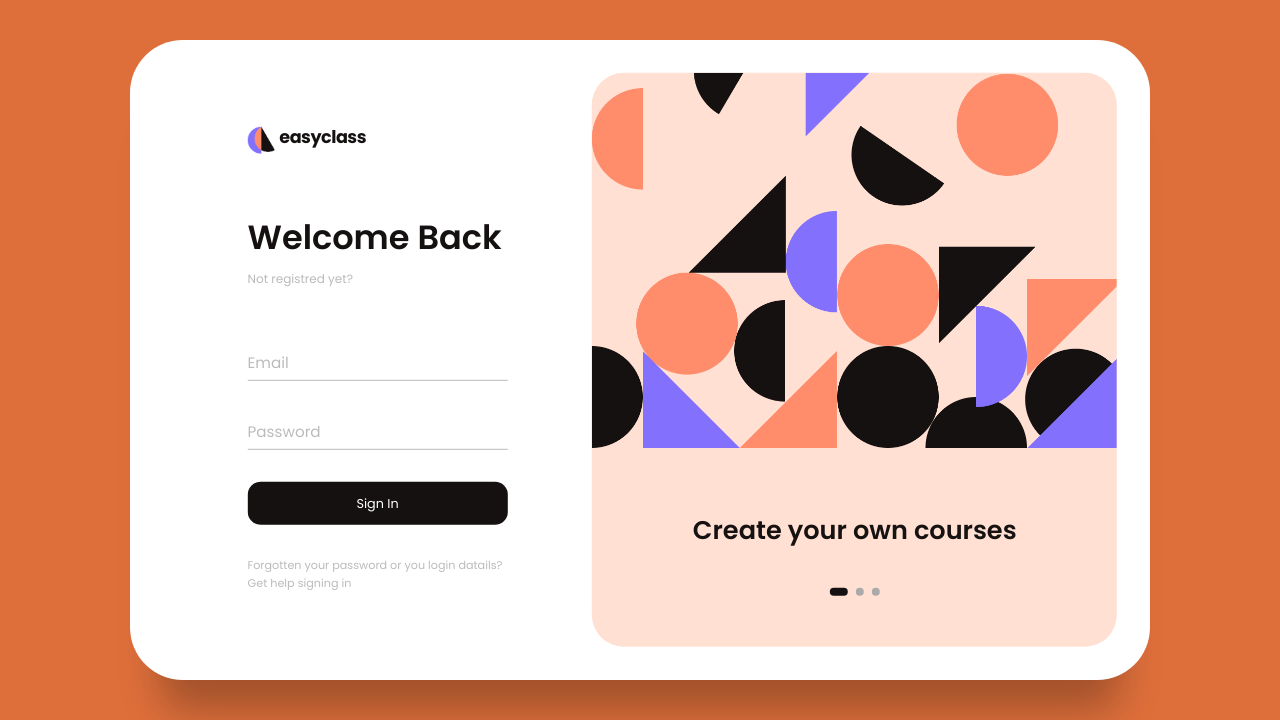
Repository: subashsigdel/TeamEverest
Page: backend/Mypark/customer/templates/customer/login.html
An editor plug-in stored every save of this project. The page is shown before and after the next save, followed by the edit.
The browser window is 1280 px wide. The pictures show the whole page.
The template is drawn by Django 4.2. The application's start-up code is not run. Other server files are loaded and not shown. The template is opened directly, without the code that normally fills it, so the values that code supplies are empty.

Above is the page before, as saved 2023-09-16 03:37:04.

### backend/Mypark/customer/templates/customer/login.html
{% load static %}
<!DOCTYPE html>

<html lang="en">

<head>
  <meta charset="UTF-8">
  <meta name="viewport" content="width=device-width, initial-scale=1.0">
  <title>Login Form | OpenPark</title>
  <link rel="stylesheet" href="{%  static 'customer/css/login.css' %}" />
  <link rel="stylesheet" href="{%  static 'customer/css/styles.css' %}" />


</head>

<body>
  <main>
    <div class="box">
      <div class="inner-box">
        <div class="forms-wrap">
          <form action="{% url 'login' %}" autocomplete="off" class="sign-in-form" method="POST">
            {% csrf_token %}
            <div class="logo">
              <img src="{%  static 'customer/img/logo.png' %}" alt="easyclass" />
              <h4>easyclass</h4>
            </div>

            <div class="heading">
              <h2>Welcome Back</h2>
              <h6>Not registred yet?</h6>
              <!-- <a href="{% url 'register' %}">Sign up</a> -->
            </div>

            <div class="actual-form">
              <div class="input-wrap">
                <input type="text" minlength="4" name="username" class="input-field" autocomplete="off" required />
                <label>Email</label>
              </div>

              <div class="input-wrap">
                <input type="password" minlength="4" class="input-field" autocomplete="off" name="password" required />
                <label>Password</label>




              </div>
              {% if message %}
              <div>{{ message }}</div>
              {% endif %}


              <input type="submit" value="Sign In" class="sign-btn" />

              <p class="text">
                Forgotten your password or you login datails?
                <a href="#">Get help</a> signing in
              </p>
            </div>
          </form>

        </div>

        <div class="carousel">
          <div class="images-wrapper">
            <img src="{%  static 'customer/img/image1.png' %}" class="image img-1 show" alt="" />
            <img src="{%  static 'customer/img/image2.png' %}" class="image img-2" alt="" />
            <img src="{%  static 'customer/img/image3.png' %}" class="image img-3" alt="" />
          </div>

          <div class="text-slider">
            <div class="text-wrap">
              <div class="text-group">
                <h2>Create your own courses</h2>
                <h2>Customize as you like</h2>
                <h2>Invite students to your class</h2>
              </div>
            </div>

            <div class="bullets">
              <span class="active" data-value="1"></span>
              <span data-value="2"></span>
              <span data-value="3"></span>
            </div>
          </div>
        </div>
      </div>
    </div>
  </main>

  <!-- Javascript file -->

  <script src="{%  static 'customer/js/login.js' %}"></script>
</body>

</html>

### backend/Mypark/static/customer/css/login.css
@import url("https://fonts.googleapis.com/css2?family=Poppins:wght@200;300;400;500;600;700;800&display=swap");

*,
*::before,
*::after {
  padding: 0;
  margin: 0;
  box-sizing: border-box;
}

body,
input {
  font-family: "Poppins", sans-serif;
}

main {
  width: 100%;
  min-height: 100vh;
  overflow: hidden;
  background-color: #de6f3b;
  padding: 2rem;
  display: flex;
  align-items: center;
  justify-content: center;
}

.box {
  position: relative;
  width: 100%;
  max-width: 1020px;
  height: 640px;
  background-color: #fff;
  border-radius: 3.3rem;
  box-shadow: 0 60px 40px -30px rgba(0, 0, 0, 0.27);
}

.inner-box {
  position: absolute;
  width: calc(100% - 4.1rem);
  height: calc(100% - 4.1rem);
  top: 50%;
  left: 50%;
  transform: translate(-50%, -50%);
}

.forms-wrap {
  position: absolute;
  height: 100%;
  width: 45%;
  top: 0;
  left: 0;
  display: grid;
  grid-template-columns: 1fr;
  grid-template-rows: 1fr;
  transition: 0.8s ease-in-out;
}

form {
  max-width: 260px;
  width: 100%;
  margin: 0 auto;
  height: 100%;
  display: flex;
  flex-direction: column;
  justify-content: space-evenly;
  grid-column: 1 / 2;
  grid-row: 1 / 2;
  transition: opacity 0.02s 0.4s;
}

form.sign-up-form {
  opacity: 0;
  pointer-events: none;
}

.logo {
  display: flex;
  align-items: center;
}

.logo img {
  width: 27px;
  margin-right: 0.3rem;
}

.logo h4 {
  font-size: 1.1rem;
  margin-top: -9px;
  letter-spacing: -0.5px;
  color: #151111;
}

.heading h2 {
  font-size: 2.1rem;
  font-weight: 600;
  color: #151111;
}

.heading h6 {
  color: #bababa;
  font-weight: 400;
  font-size: 0.75rem;
  display: inline;
}

.toggle {
  color: #151111;
  text-decoration: none;
  font-size: 0.75rem;
  font-weight: 500;
  transition: 0.3s;
}

.toggle:hover {
  color: #de6f3b;
}

.input-wrap {
  position: relative;
  height: 37px;
  margin-bottom: 2rem;
}

.input-field {
  position: absolute;
  width: 100%;
  height: 100%;
  background: none;
  border: none;
  outline: none;
  border-bottom: 1px solid #bbb;
  padding: 0;
  font-size: 0.95rem;
  color: #151111;
  transition: 0.4s;
}

label {
  position: absolute;
  left: 0;
  top: 50%;
  transform: translateY(-50%);
  font-size: 0.95rem;
  color: #bbb;
  pointer-events: none;
  transition: 0.4s;
}

.input-field.active {
  border-bottom-color: #151111;
}

.input-field.active + label {
  font-size: 0.75rem;
  top: -2px;
}

.sign-btn {
  display: inline-block;
  width: 100%;
  height: 43px;
  background-color: #151111;
  color: #fff;
  border: none;
  cursor: pointer;
  border-radius: 0.8rem;
  font-size: 0.8rem;
  margin-bottom: 2rem;
  transition: 0.3s;
}

.sign-btn:hover {
  background-color: #de6f3b;
}

.text {
  color: #bbb;
  font-size: 0.7rem;
}

.text a {
  color: #bbb;
  transition: 0.3s;
}

.text a:hover {
  color: #8371fd;
}

main.sign-up-mode form.sign-in-form {
  opacity: 0;
  pointer-events: none;
}

main.sign-up-mode form.sign-up-form {
  opacity: 1;
  pointer-events: all;
}

main.sign-up-mode .forms-wrap {
  left: 55%;
}

main.sign-up-mode .carousel {
  left: 0%;
}

.carousel {
  position: absolute;
  height: 100%;
  width: 55%;
  left: 45%;
  top: 0;
  background-color: #ffe0d2;
  border-radius: 2rem;
  display: grid;
  grid-template-rows: auto 1fr;
  padding-bottom: 2rem;
  overflow: hidden;
  transition: 0.8s ease-in-out;
}

.images-wrapper {
  display: grid;
  grid-template-columns: 1fr;
  grid-template-rows: 1fr;
}

.image {
  width: 100%;
  grid-column: 1/2;
  grid-row: 1/2;
  opacity: 0;
  transition: opacity 0.3s, transform 0.5s;
}

.img-1 {
  transform: translate(0, -50px);
}

.img-2 {
  transform: scale(0.4, 0.5);
}

.img-3 {
  transform: scale(0.3) rotate(-20deg);
}

.image.show {
  opacity: 1;
  transform: none;
}

.text-slider {
  display: flex;
  align-items: center;
  justify-content: center;
  flex-direction: column;
}

.text-wrap {
  max-height: 2.2rem;
  overflow: hidden;
  margin-bottom: 2.5rem;
}

.text-group {
  display: flex;
  flex-direction: column;
  text-align: center;
  transform: translateY(0);
  transition: 0.5s;
}

.text-group h2 {
  line-height: 2.2rem;
  font-weight: 600;
  font-size: 1.6rem;
}

.bullets {
  display: flex;
  align-items: center;
  justify-content: center;
}

.bullets span {
  display: block;
  width: 0.5rem;
  height: 0.5rem;
  background-color: #aaa;
  margin: 0 0.25rem;
  border-radius: 50%;
  cursor: pointer;
  transition: 0.3s;
}

.bullets span.active {
  width: 1.1rem;
  background-color: #151111;
  border-radius: 1rem;
}

@media (max-width: 850px) {
  .box {
    height: auto;
    max-width: 550px;
    overflow: hidden;
  }

  .inner-box {
    position: static;
    transform: none;
    width: revert;
    height: revert;
    padding: 2rem;
  }

  .forms-wrap {
    position: revert;
    width: 100%;
    height: auto;
  }

  form {
    max-width: revert;
    padding: 1.5rem 2.5rem 2rem;
    transition: transform 0.8s ease-in-out, opacity 0.45s linear;
  }

  .heading {
    margin: 2rem 0;
  }

  form.sign-up-form {
    transform: translateX(100%);
  }

  main.sign-up-mode form.sign-in-form {
    transform: translateX(-100%);
  }

  main.sign-up-mode form.sign-up-form {
    transform: translateX(0%);
  }

  .carousel {
    position: revert;
    height: auto;
    width: 100%;
    padding: 3rem 2rem;
    display: flex;
  }

  .images-wrapper {
    display: none;
  }

  .text-slider {
    width: 100%;
  }
}

@media (max-width: 530px) {
  main {
    padding: 1rem;
  }

  .box {
    border-radius: 2rem;
  }

  .inner-box {
    padding: 1rem;
  }

  .carousel {
    padding: 1.5rem 1rem;
    border-radius: 1.6rem;
  }

  .text-wrap {
    margin-bottom: 1rem;
  }

  .text-group h2 {
    font-size: 1.2rem;
  }

  form {
    padding: 1rem 2rem 1.5rem;
  }
}

### backend/Mypark/static/customer/css/styles.css
/*===== GOOGLE FONTS =====*/
@import url('https://fonts.googleapis.com/css2?family=Poppins:wght@400;600;700&display=swap');

/*===== VARIABLES CSS =====*/
:root {
  --header-height: 3rem;

  /*========== Colors ==========*/
  --first-color: #da5525;
  --first-color-alt: #c45521;
  --first-color-send: #de6f3b;
  --title-color: #161212;
  --text-color: #5B5757;
  --text-color-light: #8F8A8A;
  --body-color: #FEFBFB;
  --container-color: #FFF;

  /*========== Font and typography ==========*/
  --body-font: 'Poppins', sans-serif;
  --biggest-font-size: 2rem;
  --h2-font-size: 1.25rem;
  --h3-font-size: 1.125rem;
  --normal-font-size: .938rem;
  --small-font-size: .813rem;

  /*========== Font weight ==========*/
  --font-semi-bold: 600;
  --font-bold: 700;

  /*========== Margenes ==========*/
  --mb-1: .5rem;
  --mb-2: 1rem;
  --mb-3: 1.5rem;
  --mb-4: 2rem;
  --mb-5: 2.5rem;
  --mb-6: 3rem;
  /*========== z index ==========*/

  --z-tooltip: 10;
  --z-fixed: 100;
}

@media screen and (min-width: 968px){
  :root{
    --biggest-font-size: 3rem;
    --h2-font-size: 1.75rem;
    --h3-font-size: 1.25rem;
    --normal-font-size: 1rem;
    --small-font-size: .875rem;
  }
}

/*========== BASE ==========*/
*,::before,::after{
  box-sizing: border-box;
}



html{
  scroll-behavior: smooth;
}

/*========== Variables Dark theme ==========*/
body.dark-theme{
  --first-color-send: #161212;
  --title-color: #F3F1F1;
  --text-color: #D1C7C8;
  --body-color: #251D1E;
  --container-color: #302728;
}

/*========== Button Dark/Light ==========*/
.change-theme{
  position: absolute;
  right: 1.5rem;
  top: 2.2rem;
  display: flex;
  color: var(--title-color);
  font-size: 2rem;
  cursor: pointer;
}

body{
  margin: var(--header-height) 0 0 0;
  font-family: var(--body-font);
  font-size: var(--normal-font-size);
  background-color: var(--body-color);
  color: var(--text-color);
  line-height: 1.6;
}

h1,h2,h3,ul,p{
  margin: 0;
}

h1,h2,h3{
  font-weight: var(--font-semi-bold);
  color: var(--title-color);
}

ul{
  padding: 0;
  list-style: none;
}

a{
  text-decoration: none;
}

img{
  max-width: 100%;
  height: auto;
}

/*========== CLASS CSS ==========*/
.section{
  padding: 4rem 0 2rem;
}

.section-title, .section-title-center{
  font-size: var(--h2-font-size);
  color: var(--title-color);
  text-align: center;
  margin-bottom: var(--mb-3);
}

/*========== LAYOUT ==========*/
.l-main{
  overflow: hidden;
}

.bd-container{
  max-width: 968px;
  width: calc(100% - 3rem);
  margin-left: var(--mb-3);
  margin-right: var(--mb-3);
}

.bd-grid{
  display: grid;
  gap: 1.5rem;
}

.l-header{
  width: 100%;
  position: fixed;
  top: 0;
  left: 0;
  z-index: var(--z-fixed);
  background-color: var(--body-color);
}

/*========== NAV ==========*/
.nav{
  height: var(--header-height);
  display: flex;
  justify-content: space-between;
  align-items: center;
}

@media screen and (max-width: 768px){
  .nav__menu{
    position: fixed;
    top: -100%;
    left: 0;
    right: 0;
    width: 90%;
    margin: 0 auto;
    padding: 2.5rem 0 0;
    text-align: center;
    background-color: var(--body-color);
    transition: .4s;
    box-shadow: 0 0 4px rgba(0,0,0,.1);
    border-radius: 2rem;
    z-index: var(--z-fixed);
  }
}

.nav__item{
  margin-bottom: var(--mb-3);
}

.nav__link, .nav__logo, .nav__toggle{
  color: var(--title-color);
  font-weight: var(--font-semi-bold);
}

.nav__logo:hover{
  color: var(--first-color);
}

.nav__link{
  transition: .3s;
}

.nav__link:hover{
  color: var(--first-color);
}

.nav__toggle{
  font-size: 1.3rem;
  cursor: pointer;
}

/* Show menu */
.show-menu{
  top: calc(var(--header-height) + 1rem);
}

/* Active menu link */
.active-link{
  position: relative;
}

.active-link::before{
  content: '';
  position: absolute;
  bottom: -.75rem;
  left: 45%;
  width: 5px;
  height: 5px;
  background-color: var(--title-color);
  border-radius: 50%;
}

/* Change background header */
.scroll-header{
  box-shadow: 0 1px 4px rgba(0,0,0,.1);
}

/* Scroll top */
.scrolltop{
  position: fixed;
  right: 1rem;
  bottom: -20%;
  display: flex;
  justify-content: center;
  align-items: center;
  padding: .3rem;
  background: rgba(218,37,53,.5);
  border-radius: .4rem;
  z-index: var(--z-tooltip);
  transition: .4s;
  visibility: hidden;
}

.scrolltop:hover{
  background-color: var(--first-color);
}

.scrolltop__icon{
  font-size: 1.5rem;
  color: var(--body-color);
}

.show-scroll{
  visibility: visible;
  bottom: 1.5rem;
}

/*========== HOME ==========*/
.home__container{
  row-gap: .5rem;
}

.home__img{
  width: 280px;
  justify-self: center;
}

.home__title{
  font-size: var(--biggest-font-size);
  font-weight: var(--font-bold);
  margin-bottom: var(--mb-2);
}

.home__description{
  margin-bottom: var(--mb-3);
}

/*========== BUTTONS ==========*/
.button{
  display: inline-block;
  background-color: var(--first-color);
  color: #fff;
  padding: 1rem 1.5rem;
  border-radius: .5rem;
  font-weight: var(--font-semi-bold);
  transition: .3s;
}

.button:hover{
  background-color: var(--first-color-alt);
}

.button-link{
  background: none;
  padding: 0;
  color: var(--first-color);
}

.button-link:hover{
  background-color: transparent;
  color: var(--first-color-alt);
}

/*========== SHARE ==========*/
.share__data{
  text-align: center;
}

.share__description{
  margin-bottom: var(--mb-2);
}

.share__img{
  width: 280px;
  justify-self: center;
}

/*========== DECORATION ==========*/
.decoration__container{
  grid-template-columns: repeat(auto-fit, minmax(220px, 1fr));
}

.decoration__data{
  text-align: center;
  padding: 1rem 1rem 2rem;
  background-color: var(--container-color);
  box-shadow: 0 2px 6px rgba(65,11,16,.15);
  border-radius: 1rem;
}

.decoration__data:hover{
  box-shadow: 0 3px 12px rgba(65,11,16,.15);
}

.decoration__img{
  width: 180px;
}

.decoration__title{
  font-size: var(--h3-font-size);
  margin-bottom: var(--mb-1);
}

/*========== ACCESSORIES ==========*/
.accessory__container{
  grid-template-columns: repeat(2,1fr);
  padding-bottom: 2rem;
}

.accessory__content{
  position: relative;
  display: grid;
  padding: .25rem .75rem .75rem;
  background-color: var(--container-color);
  box-shadow: 0 2px 6px rgba(65,11,16,.15);
  border-radius: 1rem;
}

.accessory__content:hover{
  box-shadow: 0 3px 12px rgba(65,11,16,.15);
}

.accessory__img{
  width: 110px;
  justify-self: center;
  margin-bottom: .25rem;
}

.accessory__title, .accessory__category{
  text-align: center;
}

.accessory__title{
  font-size: var(--normal-font-size);
}

.accessory__category{
  font-size: var(--small-font-size);
  margin-bottom: var(--mb-1);
  color: var(--text-color-light);
}

.accessory__preci{
  font-weight: var(--font-semi-bold);
  color: var(--title-color);
}

.accessory__button{
  position: absolute;
  bottom: 0;
  right: 0;
  display: flex;
  font-size: 1.25rem;
  padding: .5rem .625rem;
  border-radius: 1rem 0 1rem 0;
}

/*========== SEND GIFT ==========*/
.send{
  background-color: var(--first-color-send);
}

.send__title, .send__description{
  color: #fff;
}

.send__description{
  text-align: center;
  margin-bottom: var(--mb-4);
}

.send__direction{
  display: flex;
  justify-content: space-between;
  background-color: #fff;
  padding: .5rem;
  border-radius: .5rem;
}

.send__input{
  width: 70%;
  outline: none;
  border: none;
  font-size: var(--normal-font-size);
  font-family: var(--body-font);
}

.send__input::placeholder{
  font-family: var(--body-font);
}

.send__img{
  width: 280px;
  justify-self: center;
}

/*========== FOOTER ==========*/
.footer__container{
  grid-template-columns: repeat(auto-fit, minmax(220px, 1fr));
}

.footer__logo{
  color: var(--title-color);
}

.footer__title{
  margin-bottom: var(--mb-2);
}

.footer__logo, .footer__title{
  font-size: var(--h3-font-size);
}

.footer__link{
  display: inline-block;
  margin-bottom: .75rem;
  color: var(--text-color);
}

.footer__link:hover{
  color: var(--first-color);
}

.footer__social{
  font-size: 1.5rem;
  color: var(--title-color);
  margin-right: var(--mb-3);
}

.footer__social:hover{
  color: var(--first-color);
}

.footer__copy{
  text-align: center;
  font-size: var(--small-font-size);
  color: var(--text-color-light);
  margin-top: 4rem;
}

/*========== MEDIA QUERIES ==========*/

/* For full-screen images on small screens */
@media screen and (max-width: 359px){
  .home__img,
  .share__img,
  .send__img{
    width: 100%;
  }
}

@media screen and (min-width: 576px){
  .home__container,
  .share__container,
  .send__container{
    grid-template-columns: repeat(2,1fr);
    align-items: center;
  }

  .home__container{
    padding: 5rem 0 0;
  }

  .home__img{
    order: 1;
  }

  .section-title-center,
  .share__data,
  .send__description{
    text-align: initial;
  }

  .home__img,
  .share__img,
  .send__img{
    width: 100%;
  }

  .share__img{
    order: -1;
  }
}

@media screen and (min-width: 768px){
  body{
    margin: 0;
  }

  .section{
    padding-top: 7rem;
  }

  .nav{
    height: calc(var(--header-height) + 1.5rem);
  }

  .nav__list{
    display: flex;
    align-items: center;
  }

  .nav__item{
    margin-left: var(--mb-5);
    margin-bottom: 0;
  }

  .nav__toggle{
    display: none;
  }

  .change-theme{
    position: initial;
    margin-left: var(--mb-4);
  }

  .home__container{
    padding: 7rem 2rem 0;
  }

  .share__container{
    padding: 0 2rem;
  }

  .accessory__container{
    grid-template-columns: repeat(3,224px);
    justify-content: center;
  }

  .accessory__content{
    padding: .5rem 1.5rem 1.5rem;
  }

  .accessory__img{
    width: 120px;
    margin-bottom: var(--mb-1);
  }

  .accessory__title, .accessory__category{
    text-align: initial;
  }

  .accessory__button{
    padding: .75rem;
  }

  .send{
    background: none;
  }

  .send__container{
    background-color: var(--first-color-send);
    padding: 2rem;
    border-radius: 1.5rem;
  }
}

@media screen and (min-width: 968px){
  .bd-container{
    margin-left: auto;
    margin-right: auto;
  }

  .home__img,
  .share__img,
  .send__img{
    width: 469px;
  }

  .home__container,
  .share__container,
  .send__container{
    column-gap: 5rem;
  }
}
.nav-button{
  display: inline-block;
  background-color: var(--first-color);
  color: #fff;
  padding: 0.5rem 1.5rem;
  border-radius: .5rem;
  font-weight: var(--font-semi-bold);
  transition: .3s;
}

.nav-button:hover{
  background-color: var(--first-color-alt);
}

.orange{
  color: var(--first-color);
}

.shadow{
  box-shadow: 0 0 4px rgba(0,0,0,.1);
  display: flex;
  flex-direction: row;
}

### backend/Mypark/static/customer/js/login.js
const inputs = document.querySelectorAll(".input-field");
const toggle_btn = document.querySelectorAll(".toggle");
const main = document.querySelector("main");
const bullets = document.querySelectorAll(".bullets span");
const images = document.querySelectorAll(".image");

inputs.forEach((inp) => {
  inp.addEventListener("focus", () => {
    inp.classList.add("active");
  });
  inp.addEventListener("blur", () => {
    if (inp.value != "") return;
    inp.classList.remove("active");
  });
});

toggle_btn.forEach((btn) => {
  btn.addEventListener("click", () => {
    main.classList.toggle("sign-up-mode");
  });
});

function moveSlider() {
  let index = this.dataset.value;

  let currentImage = document.querySelector(`.img-${index}`);
  images.forEach((img) => img.classList.remove("show"));
  currentImage.classList.add("show");

  const textSlider = document.querySelector(".text-group");
  textSlider.style.transform = `translateY(${-(index - 1) * 2.2}rem)`;

  bullets.forEach((bull) => bull.classList.remove("active"));
  this.classList.add("active");
}

bullets.forEach((bullet) => {
  bullet.addEventListener("click", moveSlider);
});

After the next save:
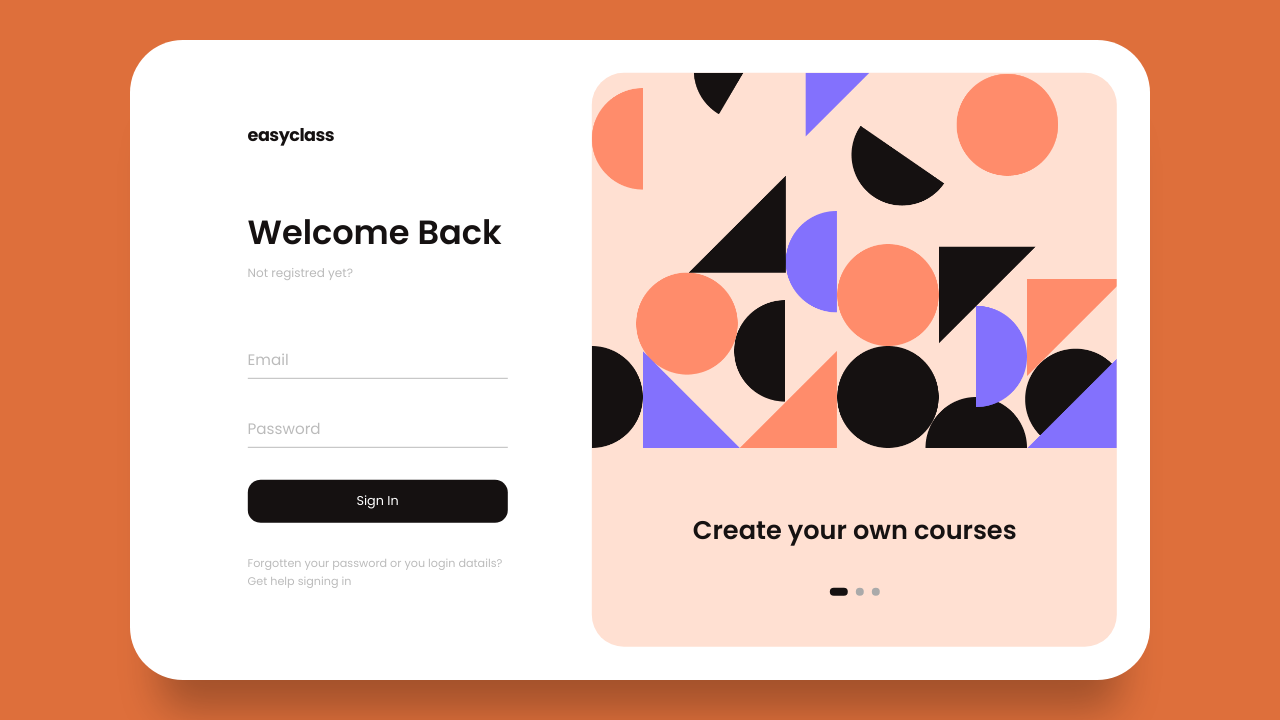
Saved 28 s later.
--- a/backend/Mypark/customer/templates/customer/login.html
+++ b/backend/Mypark/customer/templates/customer/login.html
@@ -21,7 +21,7 @@
           <form action="{% url 'login' %}" autocomplete="off" class="sign-in-form" method="POST">
             {% csrf_token %}
             <div class="logo">
-              <img src="{%  static 'customer/img/logo.png' %}" alt="easyclass" />
+              {% comment %} <img src="{%  static 'customer/img/logo.png' %}" alt="easyclass" /> {% endcomment %}
               <h4>easyclass</h4>
             </div>
 
